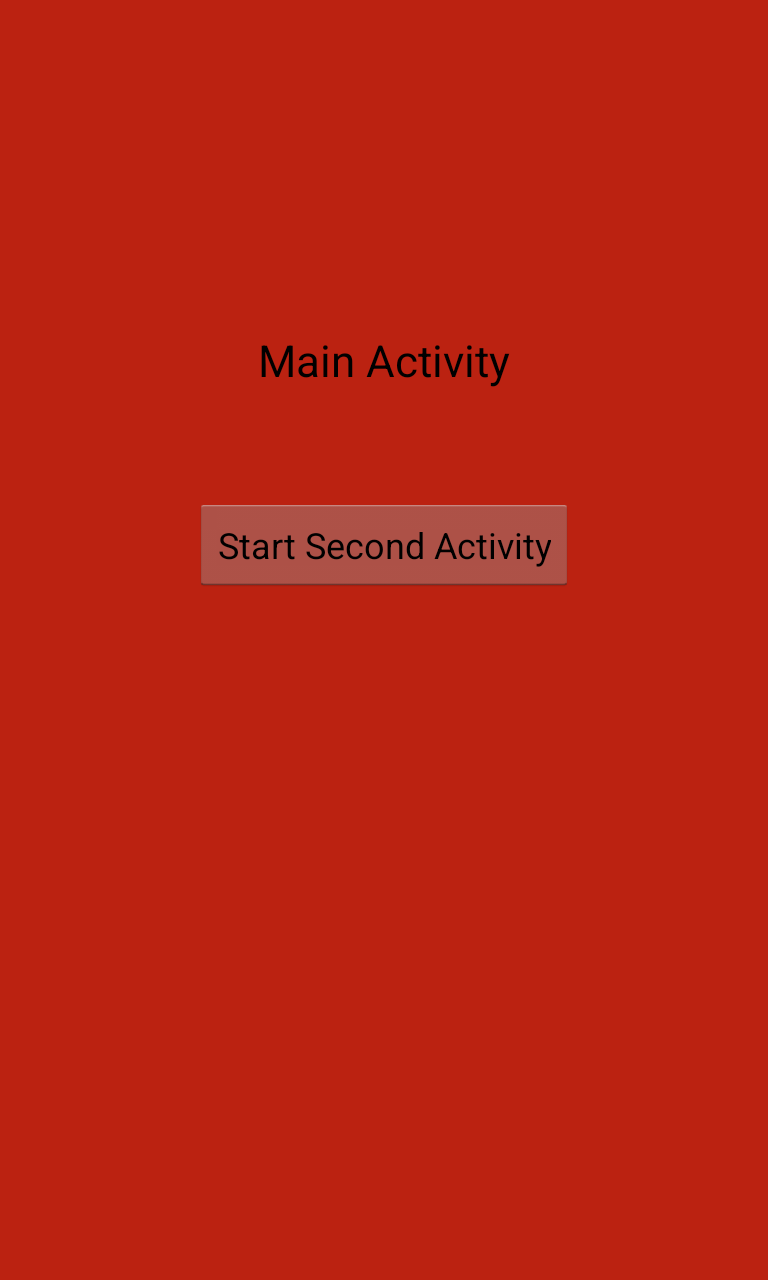
Repository: bharatpu/AndroidProject
Layout: Explicitintent/res/layout/activity_main.xml
These files come from the project's save history. The layout is drawn as it stood at one moment and after the next save; the edit follows.
It is drawn on a 768 x 1280 px phone screen (xhdpi) without system bars, with theme AppTheme; the app's code is not run.

Above is the layout before, as saved 2016-02-03 07:31:04.

### Explicitintent/res/layout/activity_main.xml
<RelativeLayout xmlns:android="http://schemas.android.com/apk/res/android"
    xmlns:tools="http://schemas.android.com/tools"
    android:layout_width="match_parent"
    android:layout_height="match_parent"
    android:paddingBottom="@dimen/activity_vertical_margin"
    android:paddingLeft="@dimen/activity_horizontal_margin"
    android:paddingRight="@dimen/activity_horizontal_margin"
    android:paddingTop="@dimen/activity_vertical_margin"
    android:background="#BB2211"
    tools:context=".MainActivity" >

    <TextView
        android:id="@+id/textView1"
        android:layout_width="wrap_content"
        android:layout_height="wrap_content"
        android:layout_alignParentTop="true"
        android:layout_centerHorizontal="true"
        android:layout_marginTop="149dp"
        android:text="Main Activity"
        android:textAppearance="?android:attr/textAppearanceLarge" />

    <Button
        android:id="@+id/buttonSecondStart"
        android:layout_width="wrap_content"
        android:layout_height="wrap_content"
        android:layout_below="@+id/textView1"
        android:layout_centerHorizontal="true"
        android:layout_marginTop="54dp"
        android:text="Start Second Activity" />

</RelativeLayout>

Loaded but not shown: Explicitintent/res/values/styles.xml (common file); Explicitintent/res/values-v11/styles.xml (common file); Explicitintent/res/values-v14/styles.xml (common file); Explicitintent/res/values/dimens.xml (common file)

After the next save:
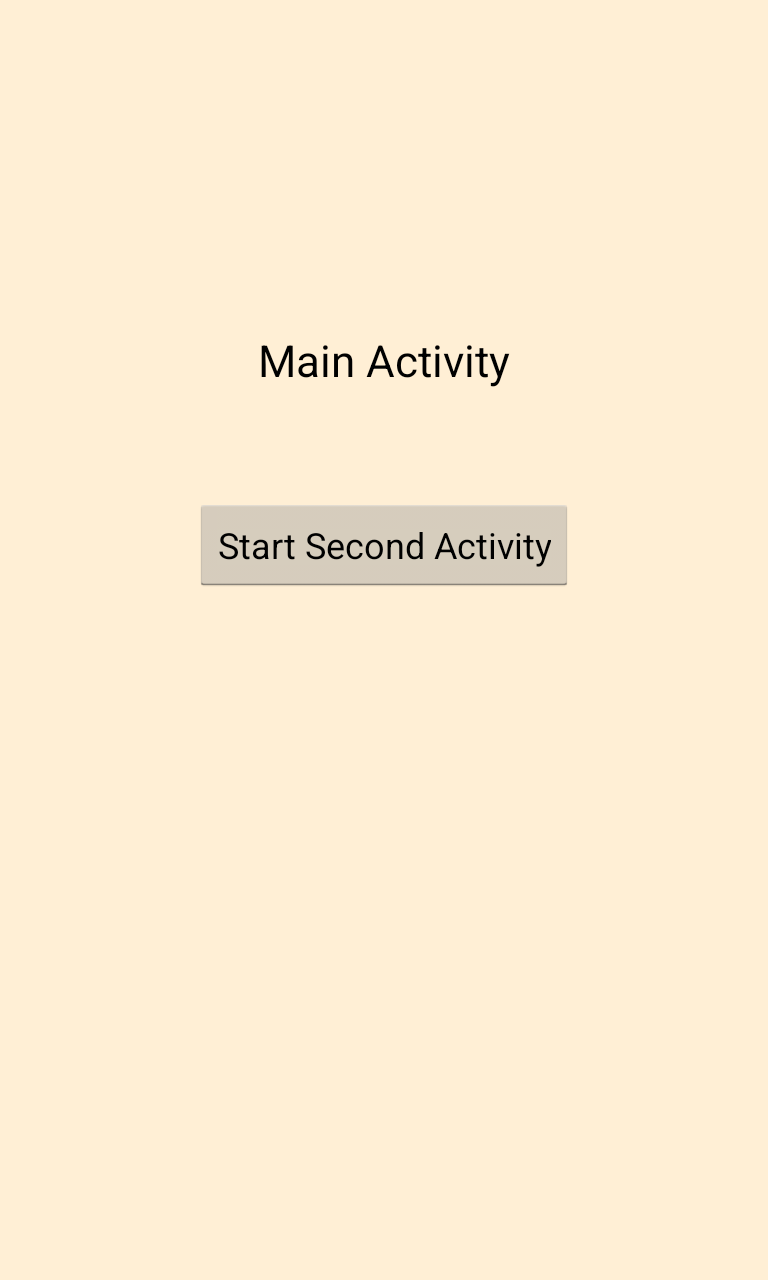
Saved 9 min 10 s later.
--- a/Explicitintent/res/layout/activity_main.xml
+++ b/Explicitintent/res/layout/activity_main.xml
@@ -6,7 +6,7 @@
     android:paddingLeft="@dimen/activity_horizontal_margin"
     android:paddingRight="@dimen/activity_horizontal_margin"
     android:paddingTop="@dimen/activity_vertical_margin"
-    android:background="#BB2211"
+    android:background="#FFFFEFD5"
     tools:context=".MainActivity" >
 
     <TextView
